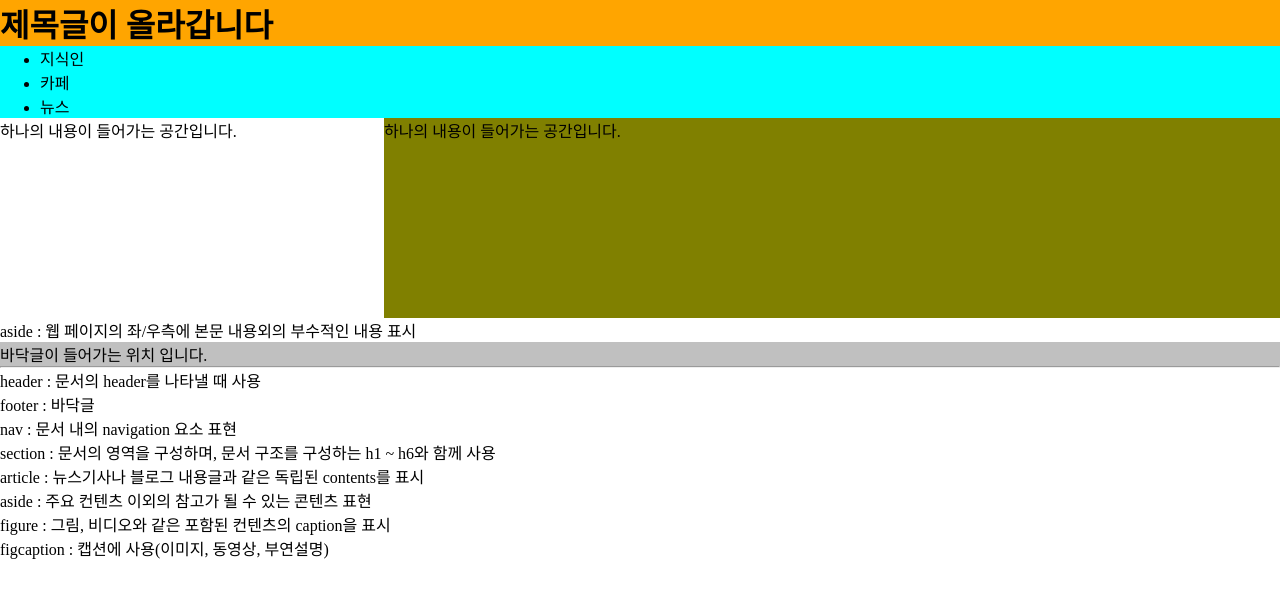
Repository: thswlsqls/JspWorkspace
Page: html/ex03.html
An editor plug-in stored every save of this project. The page is shown before and after the next save, followed by the edit.
The browser window is 1280 px wide. The pictures show the whole page.

Above is the page before, as saved 2021-04-12 10:35:31.

### html/ex03.html
<!DOCTYPE html>
<html>
<head>
<meta charset="UTF-8">
<title>Insert title here</title>
</head>

<style type="text/css">
	* { margin: 0;}
</style>

<body>
	<header style="background-color: orange;">
		<h1>제목글이 올라갑니다</h1>
	</header>
	<nav style="background-color: aqua;">
		<ul>
			<li>지식인</li><li>카페</li><li>뉴스</li>
		</ul>
	</nav>
	<section style="display: flex;">
		<article style="width:30%; height:200px; background-color: puprle;">하나의 내용이 들어가는 공간입니다.</article>
		<article style="width:70%; height:200px; background-color: olive;">하나의 내용이 들어가는 공간입니다.</article>
	</section>
	<aside>
		aside : 웹 페이지의 좌/우측에 본문 내용외의 부수적인 내용 표시
	</aside>
	<footer style="background-color: silver">
		바닥글이 들어가는 위치 입니다.
	</footer>
	<hr>
	header : 문서의 header를 나타낼 때 사용<br>
	footer : 바닥글<br>
	nav : 문서 내의 navigation 요소 표현<br>
	section : 문서의 영역을 구성하며, 문서 구조를 구성하는 h1 ~ h6와 함께 사용<br>
	article : 뉴스기사나 블로그 내용글과 같은 독립된 contents를 표시<br>
	aside : 주요 컨텐츠 이외의 참고가 될 수 있는 콘텐츠 표현<br>
	figure : 그림, 비디오와 같은 포함된 컨텐츠의 caption을 표시<br>
	figcaption : 캡션에 사용(이미지, 동영상, 부연설명)
</body>
</html>

After the next save:
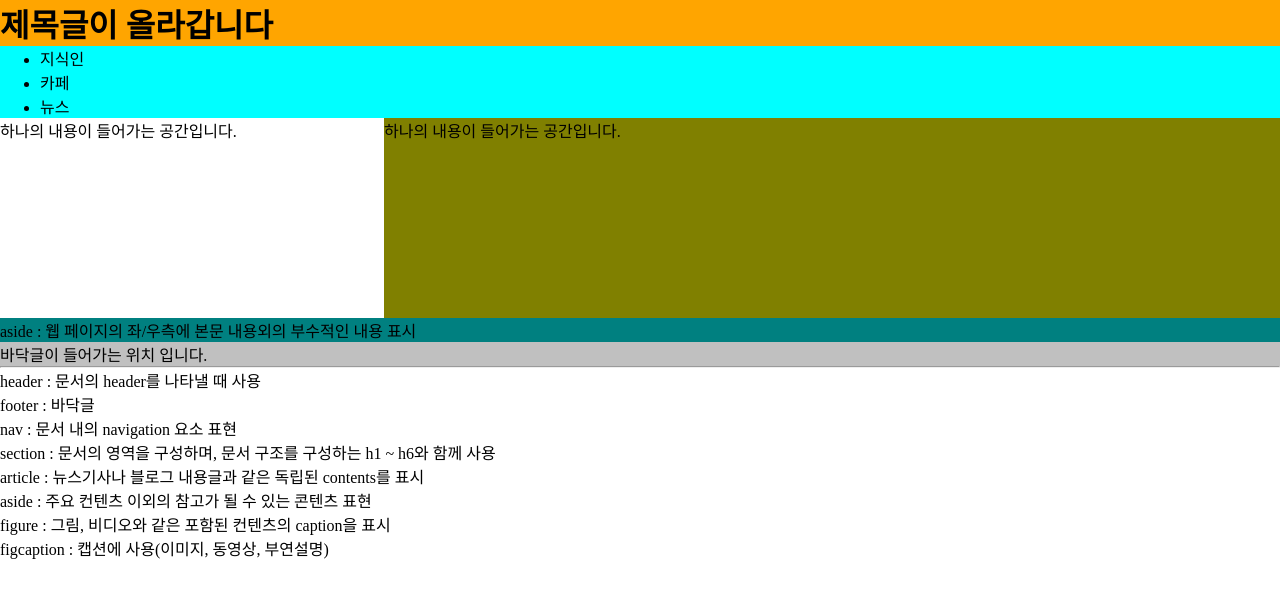
Saved 21 s later.
--- a/html/ex03.html
+++ b/html/ex03.html
@@ -22,7 +22,7 @@
 		<article style="width:30%; height:200px; background-color: puprle;">하나의 내용이 들어가는 공간입니다.</article>
 		<article style="width:70%; height:200px; background-color: olive;">하나의 내용이 들어가는 공간입니다.</article>
 	</section>
-	<aside>
+	<aside style="background-color: teal">
 		aside : 웹 페이지의 좌/우측에 본문 내용외의 부수적인 내용 표시
 	</aside>
 	<footer style="background-color: silver">
